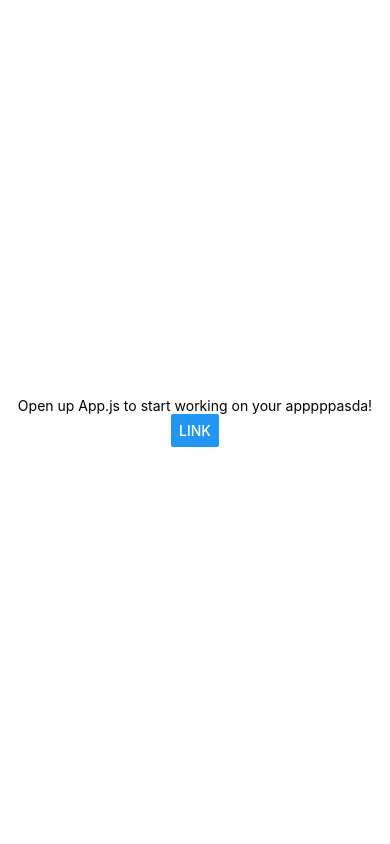
Repository: ntu34543/ReactNativeAndroid
Screen: /
The author's editor kept a copy of each file at every save. The screen is drawn from the files as they stood at one save, then again after the next save.
The app was drawn by React Native's web renderer in a window 390 px wide. The project was rebuilt for these pictures with package versions that can differ from the ones it lists, and the page was loaded fresh each time. Imported but missing from the stored project, and not drawn on this page: assets.

Above is the screen before, as saved 2022-09-23 16:19:33.

### App.js
import { StatusBar } from 'expo-status-bar';
import { StyleSheet, Text, View, Button, Image } from 'react-native';

export default function App() {
  return (
    <View style={styles.container}>
      <Text>Open up App.js to start working on your apppppasda!</Text>
      <Button title='Link' />
      <Image source={require('./assets/')} />
      <StatusBar style="auto" />
    </View>
  );
}

const styles = StyleSheet.create({
  container: {
    flex: 1,
    backgroundColor: '#fff',
    alignItems: 'center',
    justifyContent: 'center',
  },
});

After the next save:
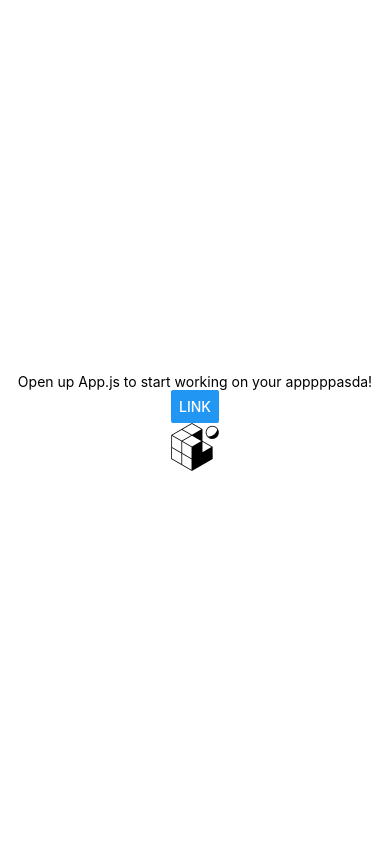
Saved 21 s later.
--- a/App.js
+++ b/App.js
@@ -6,7 +6,7 @@ export default function App() {
     <View style={styles.container}>
       <Text>Open up App.js to start working on your apppppasda!</Text>
       <Button title='Link' />
-      <Image source={require('./assets/')} />
+      <Image source={require('./assets/favicon.png')} />
       <StatusBar style="auto" />
     </View>
   );
